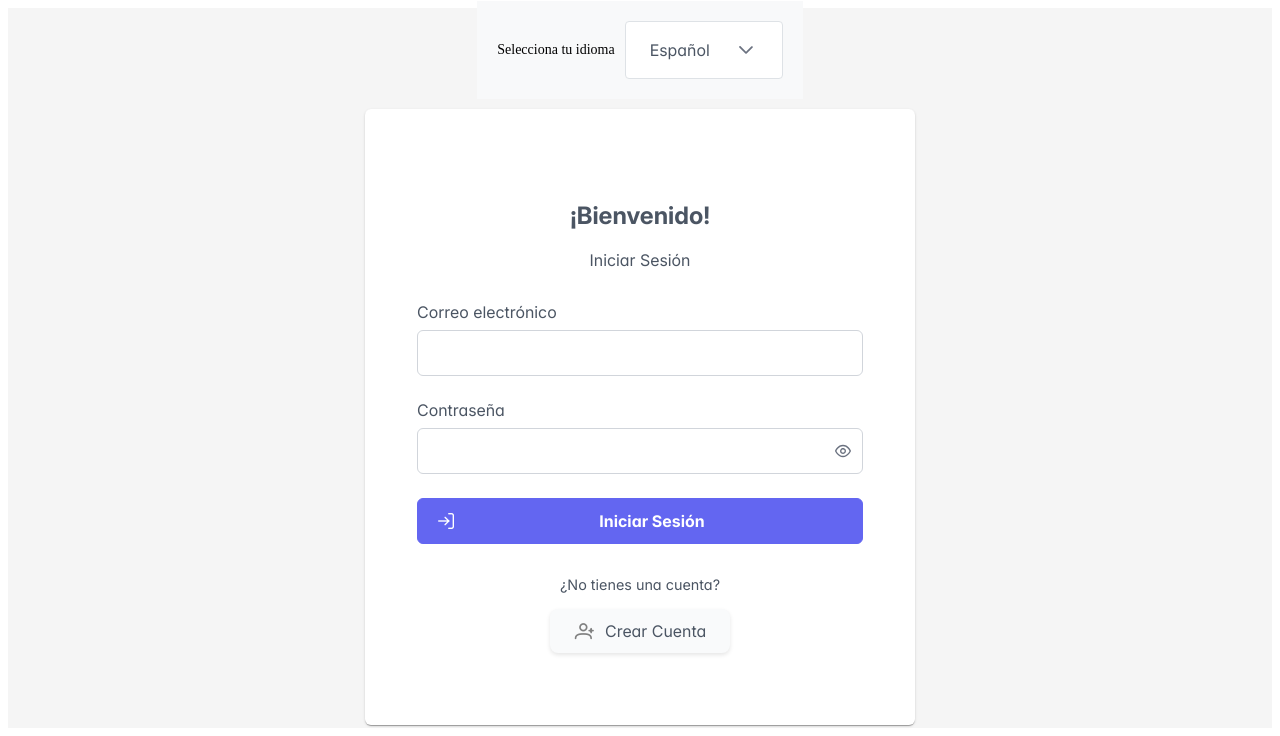
Repository: nder1996/Info_Colombia
Page: / (app in fronted/gestion-tareas/)
The author's editor kept a copy of each file at every save. The page is drawn from the files as they stood at one save, then again after the next save.
The browser window is 1280 px wide. The pictures show the whole page.
The project was rebuilt for these pictures with package versions that can differ from the ones it lists, and the page was loaded fresh each time. Also part of the build but not shown: fronted/gestion-tareas/src/routes/ProtectedRoute.tsx, fronted/gestion-tareas/src/components/gestion-tareas/GestionTareas.css, fronted/gestion-tareas/src/services/GestionTareasService.ts, fronted/gestion-tareas/src/services/SummaryServices.ts, fronted/gestion-tareas/src/services/UsuarioService.ts, fronted/gestion-tareas/src/services/WebSocketService.ts, fronted/gestion-tareas/src/hooks/useNotifications.ts, fronted/gestion-tareas/src/components/gestion-tareas/GestionTareas.tsx and 1 more.

Above is the page before, as saved 2025-02-24 03:11:12.

After the next save:
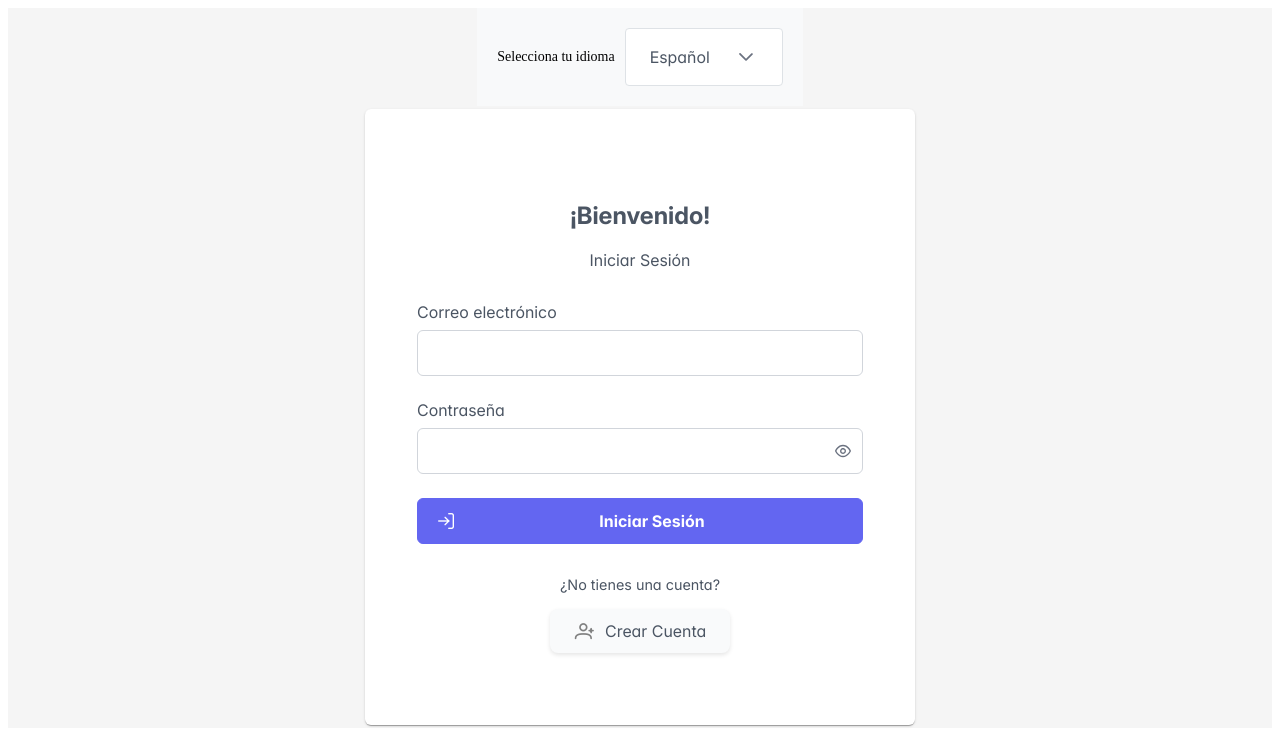
Saved 7 s later.
--- a/fronted/gestion-tareas/src/components/InicioSession/InicioSession.css
+++ b/fronted/gestion-tareas/src/components/InicioSession/InicioSession.css
@@ -8,11 +8,7 @@
   margin: 0 !important;
 }
 
-.login-card {
-  width: 550px !important;
-  padding: 5px;
-  margin: 10px !important;
-}
+
 
 .login-header {
   text-align: center;
